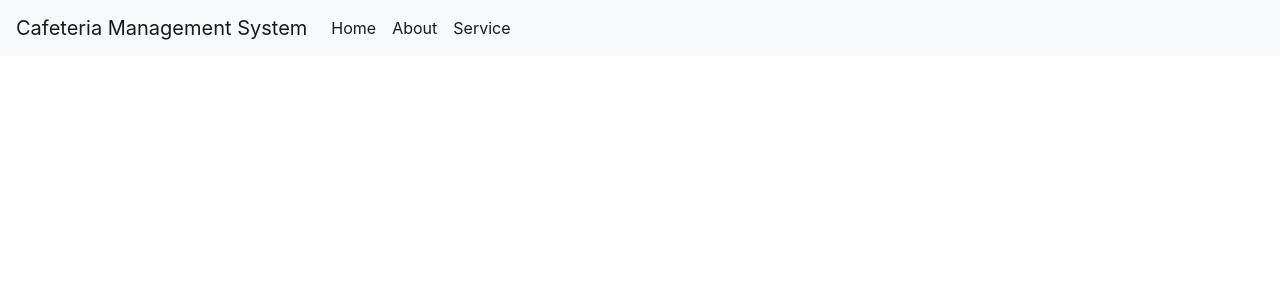
Repository: OsamaRaees/Trivia
Page: http://localhost/Trivia/
These files come from the project's save history. The page is drawn as it stood at one moment and after the next save; the edit follows.
The browser window is 1280 px wide. The pictures show the whole page.
The page is served by Tomcat 9. Other server files are loaded and not shown.

Above is the page before, as saved 2019-04-05 04:41:57.

### Trivia/WebContent/Main.jsp
<%@ page language="java" contentType="text/html; charset=ISO-8859-1"
    pageEncoding="ISO-8859-1"%>
<!DOCTYPE html>
<html>
<head>
<meta charset="ISO-8859-1">
<link rel="stylesheet" href="https://stackpath.bootstrapcdn.com/bootstrap/4.3.1/css/bootstrap.min.css" integrity="sha384-ggOyR0iXCbMQv3Xipma34MD+dH/1fQ784/j6cY/iJTQUOhcWr7x9JvoRxT2MZw1T" crossorigin="anonymous">
<title>Insert title here</title>
</head>
<body>

<nav class="navbar navbar-expand-lg navbar-light bg-light">
  <a class="navbar-brand" href="#">Cafeteria Management System </a>
  <button class="navbar-toggler" type="button" data-toggle="collapse" data-target="#navbarSupportedContent" aria-controls="navbarSupportedContent" aria-expanded="false" aria-label="Toggle navigation">
    <span class="navbar-toggler-icon"></span>
  </button>

  <div class="collapse navbar-collapse" id="navbarSupportedContent">
    <ul class="navbar-nav mr-auto">
      <li class="nav-item active">
        <a class="nav-link" href="#">Home <span class="sr-only">(current)</span></a>
      </li>

      <li class="nav-item active">
        <a class="nav-link" href="#">About <span class="sr-only">(current)</span></a>
      </li>

       <li class="nav-item active">
        <a class="nav-link" href="#">Service <span class="sr-only">(current)</span></a>
      </li>




    </ul>

  </div>
</nav>

<script src="https://code.jquery.com/jquery-3.3.1.slim.min.js" integrity="sha384-q8i/X+965DzO0rT7abK41JStQIAqVgRVzpbzo5smXKp4YfRvH+8abtTE1Pi6jizo" crossorigin="anonymous"></script>
<script src="https://cdnjs.cloudflare.com/ajax/libs/popper.js/1.14.7/umd/popper.min.js" integrity="sha384-UO2eT0CpHqdSJQ6hJty5KVphtPhzWj9WO1clHTMGa3JDZwrnQq4sF86dIHNDz0W1" crossorigin="anonymous"></script>
<script src="https://stackpath.bootstrapcdn.com/bootstrap/4.3.1/js/bootstrap.min.js" integrity="sha384-JjSmVgyd0p3pXB1rRibZUAYoIIy6OrQ6VrjIEaFf/nJGzIxFDsf4x0xIM+B07jRM" crossorigin="anonymous"></script>
</body>
</html>

After the next save:
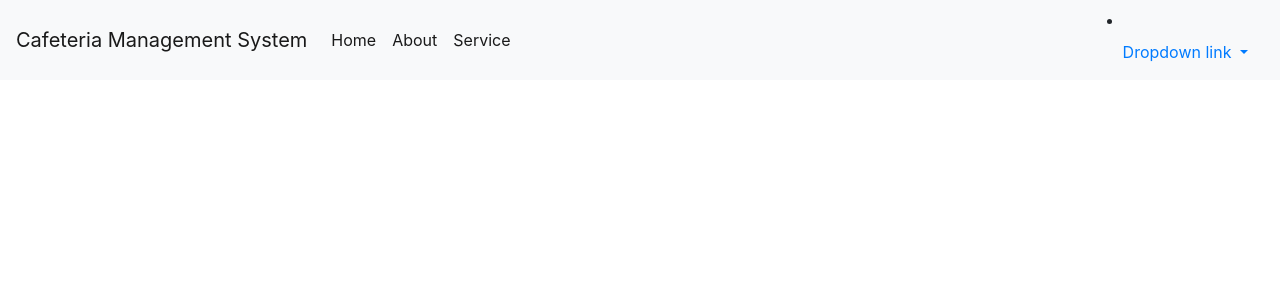
Saved 54 s later.
--- a/Trivia/WebContent/Main.jsp
+++ b/Trivia/WebContent/Main.jsp
@@ -29,10 +29,18 @@
         <a class="nav-link" href="#">Service <span class="sr-only">(current)</span></a>
       </li>
 
+    </ul>
 
-
-
-    </ul>
+    <li class="nav-item dropdown">
+        <a class="nav-link dropdown-toggle" href="#" id="navbarDropdownMenuLink" role="button" data-toggle="dropdown" aria-haspopup="true" aria-expanded="false">
+          Dropdown link
+        </a>
+        <div class="dropdown-menu" aria-labelledby="navbarDropdownMenuLink">
+          <a class="dropdown-item" href="#">Action</a>
+          <a class="dropdown-item" href="#">Another action</a>
+          <a class="dropdown-item" href="#">Something else here</a>
+        </div>
+      </li>
 
   </div>
 </nav>
